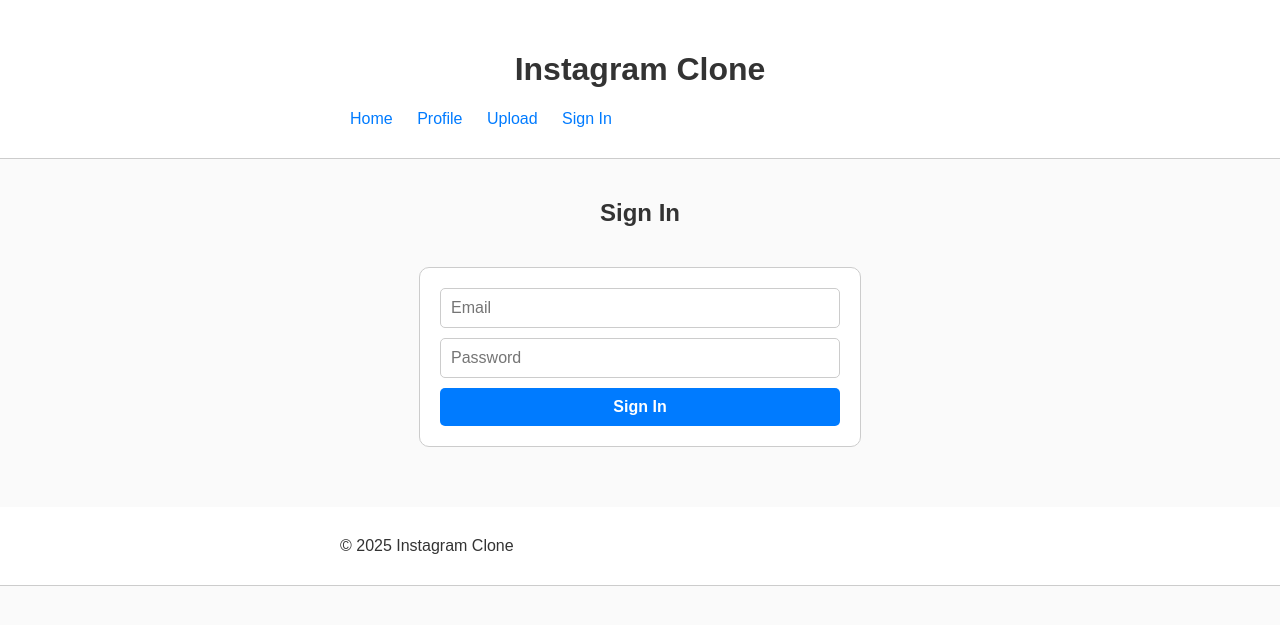
Repository: burhannaseer/CloudClips
Page: signin.html
These files come from the project's save history. The page is drawn as it stood at one moment and after the next save; the edit follows.
The browser window is 1280 px wide. The pictures show the whole page.

Above is the page before, as saved 2025-05-06 02:42:07.

After the next save:
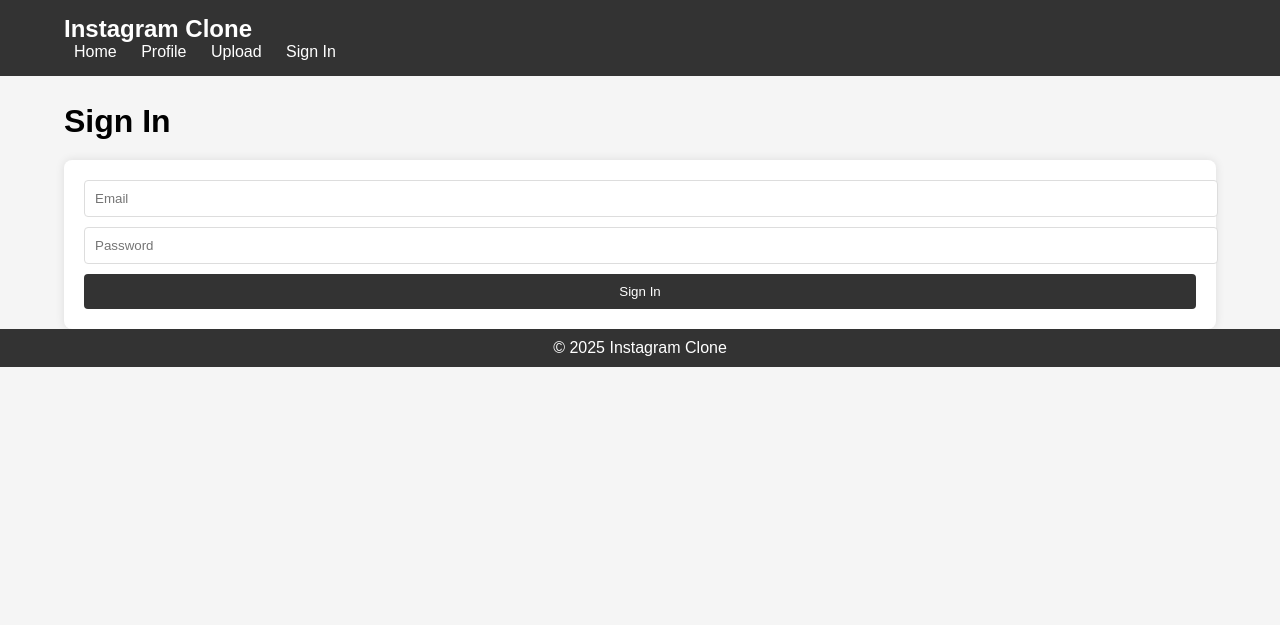
Saved 61 s later.
--- a/styles.css
+++ b/styles.css
@@ -1,113 +1,96 @@
+/* Basic CSS styles for the Instagram Clone */
 body {
   font-family: Arial, sans-serif;
   margin: 0;
   padding: 0;
-  background-color: #fafafa;
-  color: #333;
+  background-color: #f5f5f5;
 }
 
 .container {
-  max-width: 600px;
-  margin: auto;
-  padding: 20px;
+  width: 90%;
+  margin: 0 auto;
 }
 
-header, footer {
-  background-color: #fff;
-  border-bottom: 1px solid #ccc;
-  padding: 10px 0;
+header {
+  background-color: #333;
+  color: white;
+  padding: 15px 0;
 }
 
-nav a {
-  margin: 0 10px;
-  text-decoration: none;
-  color: #007bff;
+header h1 {
+  margin: 0;
+  font-size: 1.5em;
 }
 
-h1, h2 {
+header nav a {
+  color: white;
+  text-decoration: none;
+  margin: 0 10px;
+}
+
+header nav a:hover {
+  text-decoration: underline;
+}
+
+footer {
   text-align: center;
+  padding: 10px 0;
+  background-color: #333;
+  color: white;
+}
+
+h2 {
+  font-size: 2em;
+  margin-bottom: 20px;
 }
 
 form {
-  display: flex;
-  flex-direction: column;
-  gap: 10px;
+  background-color: white;
+  padding: 20px;
+  border-radius: 8px;
+  box-shadow: 0 0 10px rgba(0, 0, 0, 0.1);
 }
 
 input[type="text"],
 input[type="email"],
+input[type="tel"],
 input[type="password"],
-input[type="file"],
-textarea,
-button {
+textarea {
+  width: 100%;
   padding: 10px;
-  font-size: 1rem;
-  border: 1px solid #ccc;
-  border-radius: 5px;
-  width: 100%;
-  box-sizing: border-box;
+  margin-bottom: 10px;
+  border: 1px solid #ddd;
+  border-radius: 4px;
 }
 
 button {
-  background-color: #007bff;
+  width: 100%;
+  padding: 10px;
+  background-color: #333;
   color: white;
   border: none;
   cursor: pointer;
-  font-weight: bold;
+  border-radius: 4px;
 }
 
 button:hover {
-  background-color: #0056b3;
+  background-color: #555;
 }
 
-.feed .post {
-  background: white;
-  border: 1px solid #ccc;
-  margin-bottom: 20px;
-  padding: 10px;
-  border-radius: 8px;
+.feed {
+  display: flex;
+  flex-direction: column;
 }
 
-.post img, .post video {
-  width: 100%;
-  border-radius: 5px;
-  margin-top: 10px;
+.post {
+  background-color: white;
+  padding: 15px;
+  margin-bottom: 20px;
+  border-radius: 8px;
+  box-shadow: 0 0 10px rgba(0, 0, 0, 0.1);
 }
 
-.actions {
-  display: flex;
-  justify-content: space-around;
-  margin-top: 10px;
-  font-size: 1.2rem;
+.actions span {
   cursor: pointer;
+  margin-right: 15px;
 }
-
-.actions span:hover {
-  opacity: 0.7;
-}
-
-/* Sign In / Sign Up Forms */
-form#signinForm, form#signupForm {
-  background-color: #fff;
-  padding: 20px;
-  border: 1px solid #ccc;
-  border-radius: 10px;
-  max-width: 400px;
-  margin: 40px auto;
-}
-
-form#signinForm p,
-form#signupForm p {
-  text-align: center;
-}
-
-form#signinForm a,
-form#signupForm a {
-  color: #007bff;
-  text-decoration: none;
-}
-
-form#signinForm a:hover,
-form#signupForm a:hover {
-  text-decoration: underline;
-}
